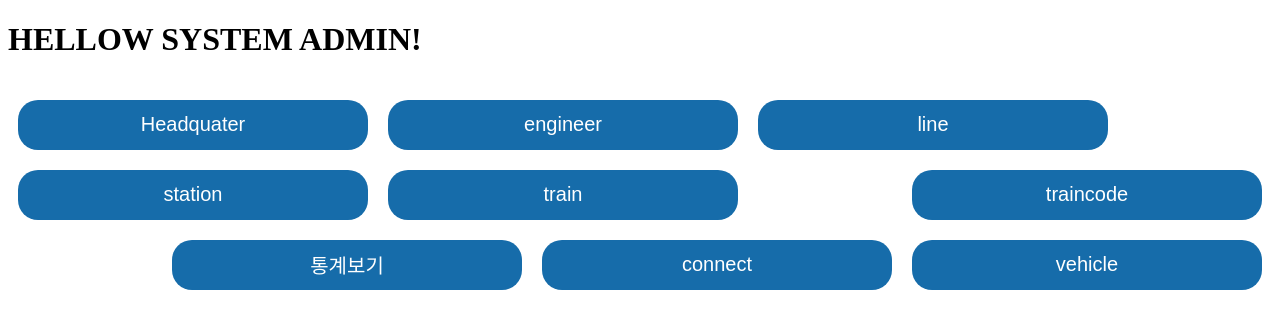
Repository: CISXO/JSP
Page: http://localhost/DB_Project/Sys_admin.jsp
An editor plug-in stored every save of this project. The page is shown before and after the next save, followed by the edit.
The browser window is 1280 px wide. The pictures show the whole page.
The page is served by Tomcat 9.

Above is the page before, as saved 2022-12-21 10:00:05.

After the next save:
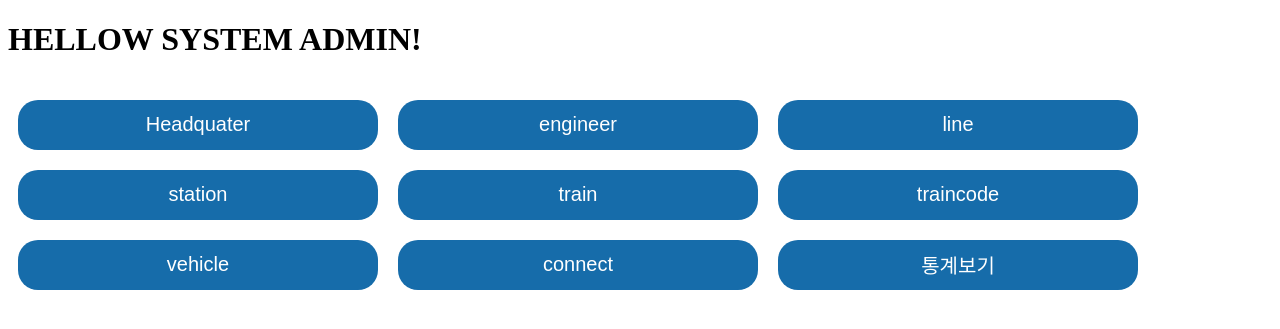
Saved 25 s later.
--- a/DbProject/DB_Project/src/main/webapp/Sys_admin.jsp
+++ b/DbProject/DB_Project/src/main/webapp/Sys_admin.jsp
@@ -11,11 +11,11 @@ float:left;
 }
 
 .loginButtonR{
-float:right;
+float:left;
 
 }
 #loginButton{
-width: 350px;
+width: 360px;
     height: 50px;
     margin: 0px 10px;
     color: #fff;
